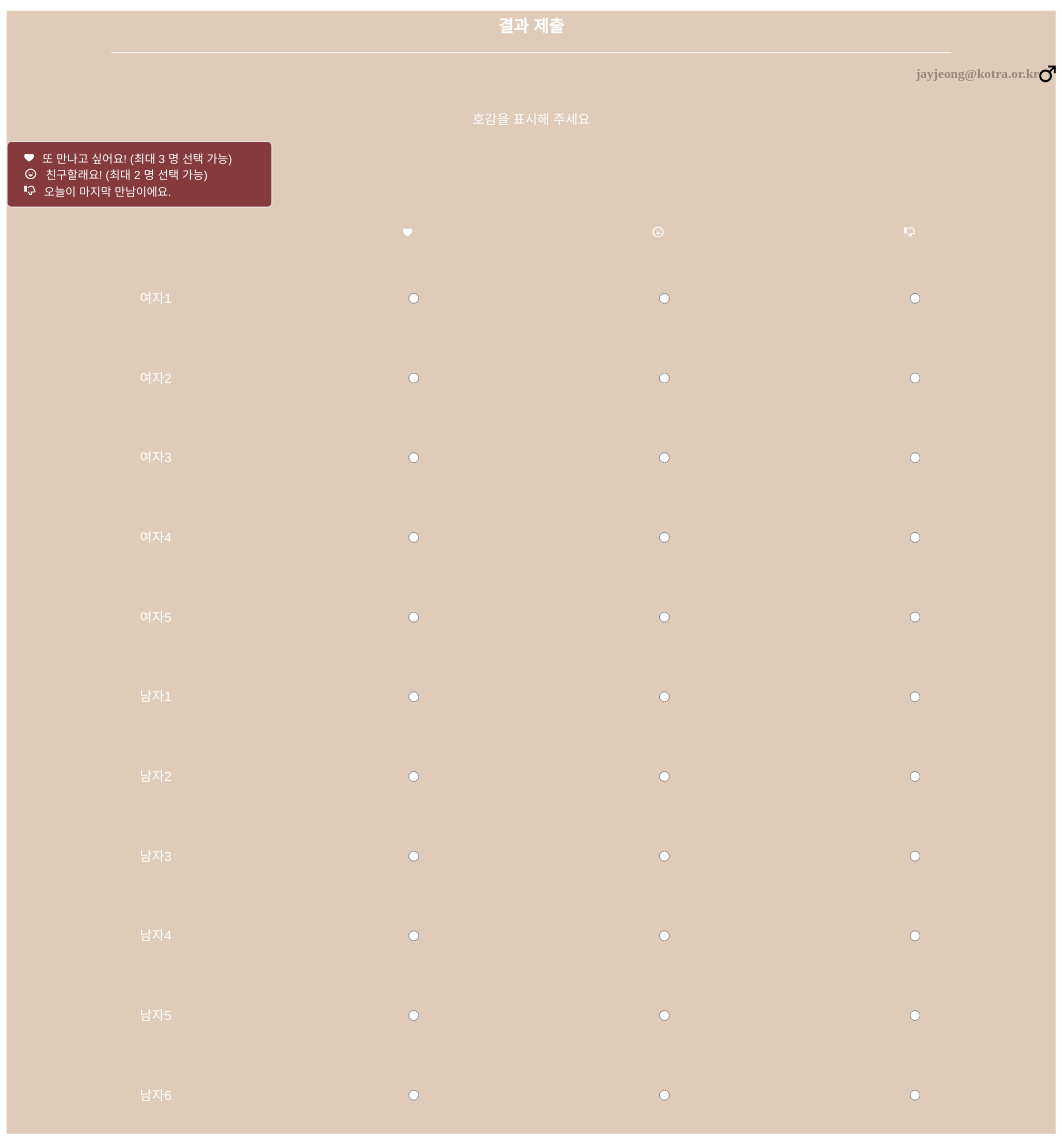
Repository: Jay-Jeong1988/speed_dating_pwa
Page: /submit_result
These files come from the project's save history. The page is drawn as it stood at one moment and after the next save; the edit follows.
The browser window is 1280 px wide. The pictures show the whole page, at 83% of full size.
The project was rebuilt for these pictures with package versions that can differ from the ones it lists, and the page was loaded fresh each time. Also part of the build but not shown: vue.config.js, src/views/LoginPage.vue, src/views/DashBoard.vue, src/components/no_reservation_card.vue, src/views/BookedEventsPage.vue.

Above is the page before, as saved 2023-02-11 23:05:20.

### src/App.vue
<template>
  <router-view/>
</template>

<style>
#app {
  font-family: Avenir, Helvetica, Arial, sans-serif;
  -webkit-font-smoothing: antialiased;
  -moz-osx-font-smoothing: grayscale;
  text-align: center;
  color: #ffffff;
  background-color: #E0CBB8;
}

nav {
  padding: 30px;
}

nav a {
  font-weight: bold;
  color: #2c3e50;
}

nav a.router-link-exact-active {
  color: #42b983;
}

ul {
  list-style-type: none;
}
</style>

### src/router/index.js
import { createRouter, createWebHistory } from 'vue-router'
import LoginPage from '../views/LoginPage.vue'
import DashBoard from '../views/DashBoard.vue'
import BookedEventsPage from '../views/BookedEventsPage.vue'
import SubmitResultPage from '../views/SubmitResultPage'

const routes = [
  {
    path: '/',
    name: 'loginPage',
    component: LoginPage
  },
  {
    path: '/dashboard',
    name: 'dashBoard',
    component: DashBoard
  },
  {
    path: '/booked_events',
    name: 'Booked_events_page',
    component: BookedEventsPage
  },
  {
    path: '/submit_result',
    name: 'Submit_result_page',
    component: SubmitResultPage
  }
]

const router = createRouter({
  history: createWebHistory(process.env.BASE_URL),
  routes
})

export default router

### src/views/SubmitResultPage.vue
<template>
  <div class="SubmitResultPage">
    <Header :headerTitle="this.headerTitle"></Header>
    <p>호감을 표시해 주세요</p>
    <div class="demo-banner">
      <div><img class="interest-icon" src="../assets/images/heart.svg"/><p>또 만나고 싶어요! (최대 3 명 선택 가능)</p></div>
      <div><img class="interest-icon" src="../assets/images/smile.svg"/><p>친구할래요! (최대 2 명 선택 가능)</p></div>
      <div><img class="interest-icon" src="../assets/images/thumb_down.svg"/><p>오늘이 마지막 만남이에요.</p></div>
    </div>
    <div class="example-icons-container">
      <div class="name-buffer"></div>
      <img class="interest-icon" src="../assets/images/heart.svg"/>
      <img class="interest-icon" src="../assets/images/smile.svg"/>
      <img class="interest-icon" src="../assets/images/thumb_down.svg"/>
    </div>
    <div class="participants-list-container" v-if="participants.length">
      <ul class="participants-list" >
          <li class="participants-list-item" v-for="participant in participants" :key="participant.id">
            <p>{{ participant.name }}</p>
            <input type="radio" id="" name="participant" value="HTML"/>
            <input type="radio" id="" name="participant" value="HTML"/>
            <input type="radio" id="" name="participant" value="HTML"/>
          </li>
      </ul>
    </div>
  </div>
</template>
<script>
import Header from '../components/header.vue'
import users from '../assets/test_data/users.json'
export default {
  name: 'Submit_result_page',
  props: {

  },
  data() {
    return {
      headerTitle: "결과 제출",
      participants: [],
    }
  },
  methods: {
  },
  components: { Header },
  mounted() {
    users.forEach((item)=>{
      this.participants.push(item)
    })
  }
}

</script>

<!-- Add "scoped" attribute to limit CSS to this component only -->
<style scoped lang="scss">
.demo-banner {
  box-sizing: border-box;
  width: 320px;
  height: 80px;
  background: #853B3B;
  border: 1px solid #F2F2F2;
  border-radius: 6px;
  display: flex;
  flex-direction: column;
  justify-content: center;
  padding: 20px;
  div {
    display: flex;
    justify-content: flex-start;
    align-items: center;
    .interest-icon {
      margin-right: 10px;
    }
    p {
      margin: 0;
      font-size: 14px;
    }
  }
}
.example-icons-container {
  display: flex;
  justify-content: space-around;
  align-items: center;
  padding: 20px;
  .name-buffer {
    width: 40px;
    height: 20px;
  }
  .interest-icon {
    margin-right: 10px;
  }
}
.participants-list {
  padding: 0;
  margin: 0;
  .participants-list-item {
    display: flex;
    justify-content: space-around;
    align-items: center;
    padding: 20px;
  }
}
</style>

### src/components/header.vue
<template>
     <div class="page-header">
        <h1 class="title">{{ this.headerTitle }}</h1>
      </div>
      <div class="userInfo">
        <p id="emailAddress">jayjeong@kotra.or.kr</p>
        <img id="gender-icon" src="../assets/images/gender-male.png"/>
      </div>
</template>
<script>
    export default {
        name: 'Header_component',
        data() {
            return {}
        },
        props: [
            "headerTitle"
        ]
    }
</script>
<style scoped lang="scss">
    .page-header {
        width: 80%;
        margin: auto;
        border-bottom: 1px solid #fff;
        .title {
            font-weight: 700;
            font-size: 20px;
            line-height: 36px;
        }
    }
    .userInfo {
        display: flex;
        justify-content: flex-end;
        align-items: center;
        color: #97897D;
        font-family: 'Battambang';
        font-weight: 700;
        #gender-icon {
            width: 20px;
            height: 20px;
        }
    }
</style>

### src/assets/test_data/users.json
[
  {
    "id": 0,
    "gender": "F",
    "name": "여자1",
    "email_address": "sarangkim@gmail.com",
    "birthdate": "Mon, Feb 2, 2000",
    "marital_status": "single",
    "phone_number": "000-0000-0000",
    "payment_info": "",
    "lover_interested": [],
    "friend_interested": [],
    "not_interested": [],
    "booked_events": [],
    "completed_events": []
  },
  {
    "id": 1,
    "gender": "F",
    "name": "여자2",
    "email_address": "sarangkim@gmail.com",
    "birthdate": "Mon, Feb 2, 2000",
    "marital_status": "single",
    "phone_number": "000-0000-0000",
    "payment_info": "",
    "lover_interested": [],
    "friend_interested": [],
    "not_interested": [],
    "booked_events": [],
    "completed_events": []
  },
  {
    "id": 2,
    "gender": "F",
    "name": "여자3",
    "email_address": "sarangkim@gmail.com",
    "birthdate": "Mon, Feb 2, 2000",
    "marital_status": "single",
    "phone_number": "000-0000-0000",
    "payment_info": "",
    "lover_interested": [],
    "friend_interested": [],
    "not_interested": [],
    "booked_events": [],
    "completed_events": []
  },
  {
    "id": 3,
    "gender": "F",
    "name": "여자4",
    "email_address": "sarangkim@gmail.com",
    "birthdate": "Mon, Feb 2, 2000",
    "marital_status": "single",
    "phone_number": "000-0000-0000",
    "payment_info": "",
    "lover_interested": [],
    "friend_interested": [],
    "not_interested": [],
    "booked_events": [],
    "completed_events": []
  },{
    "id": 4,
    "gender": "F",
    "name": "여자5",
    "email_address": "sarangkim@gmail.com",
    "birthdate": "Mon, Feb 2, 2000",
    "marital_status": "single",
    "phone_number": "000-0000-0000",
    "payment_info": "",
    "lover_interested": [],
    "friend_interested": [],
    "not_interested": [],
    "booked_events": [],
    "completed_events": []
  },
  {
    "id": 5,
    "gender": "M",
    "name": "남자1",
    "email_address": "sarangkim@gmail.com",
    "birthdate": "Mon, Feb 2, 2000",
    "marital_status": "single",
    "phone_number": "000-0000-0000",
    "payment_info": "",
    "lover_interested": [],
    "friend_interested": [],
    "not_interested": [],
    "booked_events": [],
    "completed_events": []
  },
  {
    "id": 6,
    "gender": "M",
    "name": "남자2",
    "email_address": "sarangkim@gmail.com",
    "birthdate": "Mon, Feb 2, 2000",
    "marital_status": "single",
    "phone_number": "000-0000-0000",
    "payment_info": "",
    "lover_interested": [],
    "friend_interested": [],
    "not_interested": [],
    "booked_events": [],
    "completed_events": []
  },
  {
    "id": 7,
    "gender": "M",
    "name": "남자3",
    "email_address": "sarangkim@gmail.com",
    "birthdate": "Mon, Feb 2, 2000",
    "marital_status": "single",
    "phone_number": "000-0000-0000",
    "payment_info": "",
    "lover_interested": [],
    "friend_interested": [],
    "not_interested": [],
    "booked_events": [],
    "completed_events": []
  },
  {
    "id": 8,
    "gender": "F",
    "name": "남자4",
    "email_address": "sarangkim@gmail.com",
    "birthdate": "Mon, Feb 2, 2000",
    "marital_status": "single",
    "phone_number": "000-0000-0000",
    "payment_info": "",
    "lover_interested": [],
    "friend_interested": [],
    "not_interested": [],
    "booked_events": [],
    "completed_events": []
  },
  {
    "id": 9,
    "gender": "M",
    "name": "남자5",
    "email_address": "sarangkim@gmail.com",
    "birthdate": "Mon, Feb 2, 2000",
    "marital_status": "single",
    "phone_number": "000-0000-0000",
    "payment_info": "",
    "lover_interested": [],
    "friend_interested": [],
    "not_interested": [],
    "booked_events": [],
    "completed_events": []
  },
  {
    "id": 10,
    "gender": "M",
    "name": "남자6",
    "email_address": "sarangkim@gmail.com",
    "birthdate": "Mon, Feb 2, 2000",
    "marital_status": "single",
    "phone_number": "000-0000-0000",
    "payment_info": "",
    "lover_interested": [],
    "friend_interested": [],
    "not_interested": [],
    "booked_events": [],
    "completed_events": []
  }
]

Loaded but not shown: public/index.html (common file); src/main.js (common file); src/registerServiceWorker.js (common file)

After the next save:
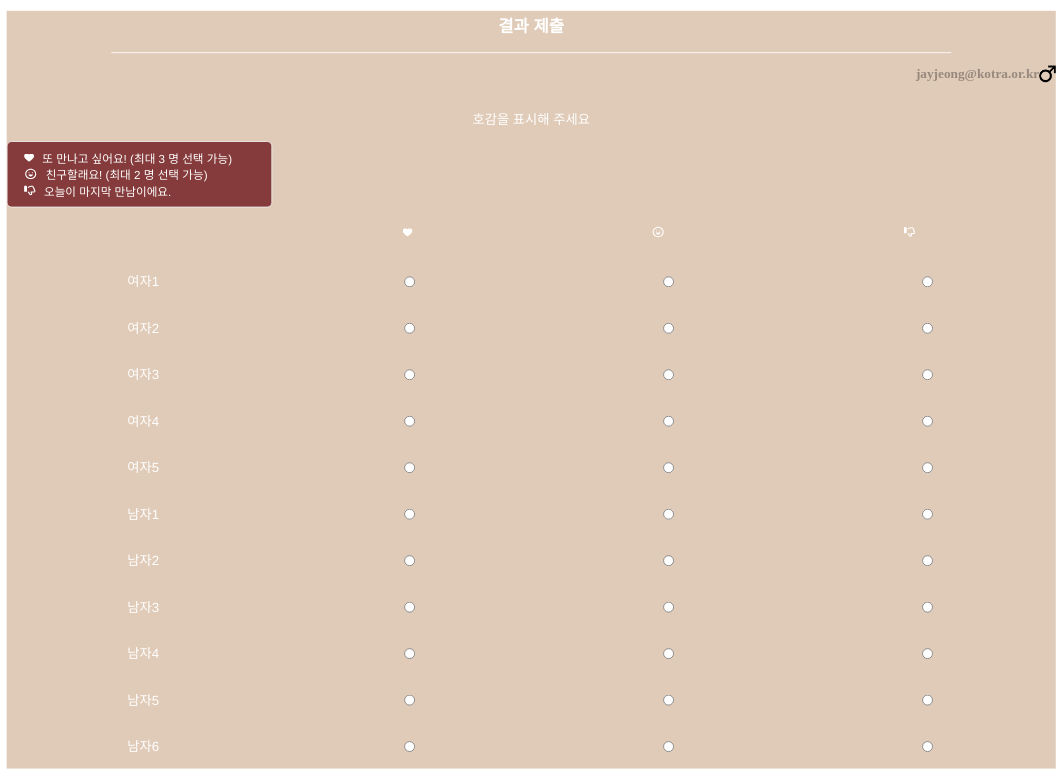
Saved 37 s later.
--- a/src/views/SubmitResultPage.vue
+++ b/src/views/SubmitResultPage.vue
@@ -97,7 +97,6 @@ export default {
     display: flex;
     justify-content: space-around;
     align-items: center;
-    padding: 20px;
   }
 }
 </style>
